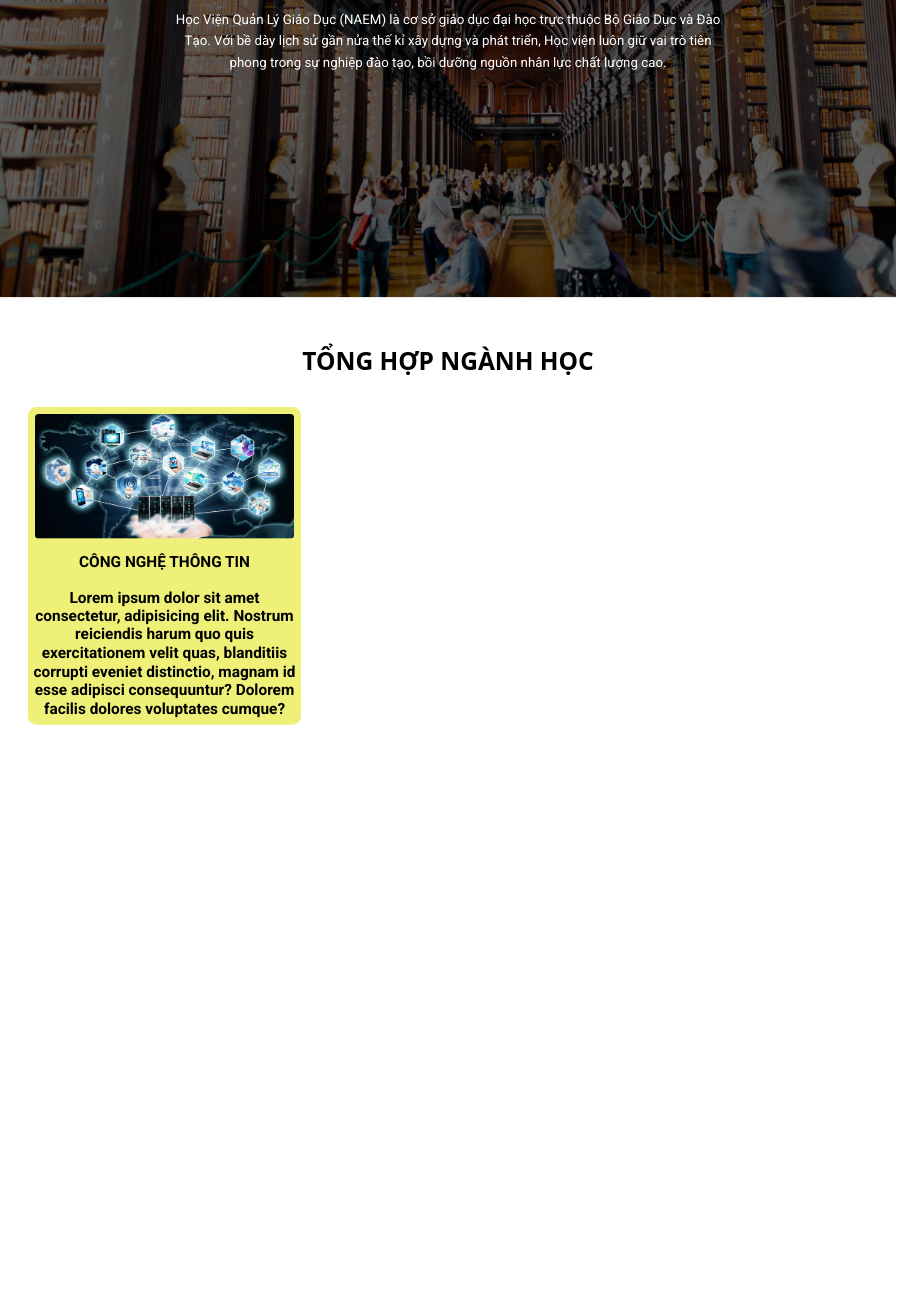
Repository: hongphuck1/trangweb1
Page: index.html
An editor plug-in stored every save of this project. The page is shown before and after a run of saves, followed by the edit.
The browser window is 1280 px wide. The page is 1288 px wide, so the pictures cover 1288 px, including what lies to the right of the window. The pictures show the part of the page from y = 1498 to 3378 px (the page is 4941 px tall), at 70% of full size.

Above is the page before, as saved 2021-09-07 02:01:01.

### index.html
<!DOCTYPE html>
<html lang="en">

<head>
  <meta charset="UTF-8" />
  <meta name="viewport" content="width=device-width, initial-scale=1, shrink-to-fit=no" />
  <meta http-equiv="x-ua-compatible" content="ie=edge" />
  <title>Material Design for Bootstrap</title>
  <!-- MDB icon -->
  <link rel="icon" href="img/SSS1.png" type="image/x-icon" />
  <!-- Font Awesome -->
  <link rel="stylesheet" href="https://use.fontawesome.com/releases/v5.15.2/css/all.css" />
  <!-- Google Fonts Roboto -->
  <link rel="stylesheet" href="https://fonts.googleapis.com/css2?family=Roboto:wght@300;400;500;700;900&display=swap" />
  <!-- MDB -->
  <link rel="stylesheet" href="css/style.css" />
  <link rel="stylesheet" href="css/base.css" />
  <link rel="stylesheet" href="css/grid.css" />
  <link rel="stylesheet" href="css/mdb.min.css" />
</head>

<body>
  <!-- Start your project here-->
  <div class="main">
    <!--Main Navigation-->
    <header>


      <!-- Navbar -->
      <nav class="navbar--opacity navbar navbar-expand-lg navbar-light fixed-top mask-custom shadow-0">
        <div class="container">

          <a class="navbar-brand nav-link" target="_blank" href="https://mdbootstrap.com/docs/standard/">
            <strong style="font-size: 2.2rem;">MRC</strong>
          </a>
          <button class="navbar-toggler navbar-toggler--opacity" type="button" data-mdb-toggle="collapse"
            data-mdb-target="#navbarSupportedContent" aria-controls="navbarSupportedContent" aria-expanded="false"
            aria-label="Toggle navigation">
            <i style="color: #ccc" class="fas fa-bars"></i>
          </button>
          <div class="collapse navbar-collapse" id="navbarSupportedContent">
            <ul class="navbar-nav me-auto mb-2 mb-lg-0">
              <li class="nav-item active">
                <a class="nav-link" aria-current="page" href="#intro">Giới thiệu</a>
              </li>
              <li class="nav-item">
                <a class="nav-link" href="https://www.facebook.com/MRC.NAEM" rel="nofollow" target="_blank">Hỏi đáp</a>
              </li>
              <li class="nav-item">
                <a class="nav-link" href="https://www.facebook.com/MRC.NAEM" target="_blank">Bài viết</a>
              </li>
              <li class="nav-item">
                <a class="nav-link" href="https://www.facebook.com/messages/t/101815085369835" target="_blank">Liên
                  hệ</a>
              </li>
            </ul>
            <ul class="navbar-nav list-inline">
              <!-- Icons -->
              <li class="">
                <a class="nav-link" href="https://www.youtube.com/channel/UCjl0s7v8m8V4IzuAS1fH-iA" rel="nofollow"
                  target="_blank">
                  <i class="fab fa-youtube"></i>
                </a>
              </li>
              <li class="">
                <a class="nav-link" href="https://www.facebook.com/MRC.NAEM" rel="nofollow" target="_blank">
                  <i class="fab fa-facebook-f"></i>
                </a>
              </li>
              <li class="nav-item">
                <a class="nav-link" href="https://www.tiktok.com/@mrcnaem" rel="nofollow" target="_blank">
                  <i class="fab fa-tiktok"></i>
                </a>
              </li>
              <li class="nav-item">
                <a class="nav-link" href="tel: 0349167687" rel="nofollow" target="_blank">
                  <i class="fas fa-envelope"></i>
                </a>
              </li>
            </ul>
          </div>
        </div>
      </nav>

      <!-- Carousel wrapper -->
      <div id="introCarousel" class="carousel slide carousel-fade shadow-2-strong" data-mdb-ride="carousel">
        <!-- Indicators -->
        <ol class="carousel-indicators">
          <li data-mdb-target="#introCarousel" data-mdb-slide-to="0" class="active"></li>
          <li data-mdb-target="#introCarousel" data-mdb-slide-to="1"></li>
          <li data-mdb-target="#introCarousel" data-mdb-slide-to="2"></li>
        </ol>

        <!-- Inner -->
        <div class="carousel-inner">
          <!-- Single item -->
          <div class="carousel-item active">
            <div class="mask" style="background-color: rgba(0, 0, 0, 0.6);">
              <div class="d-flex justify-content-center align-items-center h-100">
                <div class="text-white text-center">
                  <h1 style="font-size: 2.4rem;" class="mb-3">CLB TUYỂN SINH VÀ TRUYỀN THÔNG - MRC NAEM</h1>
                  <h5 style="font-size: 1.2rem;" class="mb-4">Hỗ trợ tư vấn - hướng nghiệp, trả lời những thắc mắc cho
                    học sinh và phụ huynh.</h5>

                  <a style="font-size: 1.8rem; " class="btn-DANGKI btn btn-outline-light btn-lg m-2"
                    href="https://www.facebook.com/MRC.NAEM" target="_blank" role="button">Đăng kí ngay</a>
                </div>
              </div>
            </div>
          </div>

          <!-- Single item -->
          <div class="carousel-item">
            <div class="mask" style="background-color: rgba(0, 0, 0, 0.3);">
              <div class="d-flex justify-content-center align-items-center h-100">
                <div class="text-white text-center">
                  <h1 style="font-size: 2.4rem;" class="mb-3">CLB TUYỂN SINH VÀ TRUYỀN THÔNG - MRC NAEM</h1>
                  <h5 style="font-size: 1.2rem;" class="mb-4">Hỗ trợ tư vấn - hướng nghiệp, trả lời những thắc mắc cho
                    học sinh và phụ huynh.</h5>

                  <a style="font-size: 1.8rem; " class="btn-DANGKI btn btn-outline-light btn-lg m-2"
                    href="https://www.facebook.com/MRC.NAEM" target="_blank" role="button">Đăng kí ngay</a>
                </div>
              </div>
            </div>
          </div>

          <!-- Single item -->
          <div class="carousel-item">
            <div class="mask" style="
                background: linear-gradient(
                  45deg,
                  rgba(29, 236, 197, 0.7),
                  rgba(91, 14, 214, 0.7) 100%
                );
              ">
              <div class="d-flex justify-content-center align-items-center h-100">
                <div class="text-white text-center">
                  <h1 style="font-size: 2.4rem;" class="mb-3">CLB TUYỂN SINH VÀ TRUYỀN THÔNG - MRC NAEM</h1>
                  <h5 style="font-size: 1.2rem;" class="mb-4">Hỗ trợ tư vấn - hướng nghiệp, trả lời những thắc mắc cho
                    học sinh và phụ huynh.</h5>

                  <a style="font-size: 1.8rem; " class="btn-DANGKI btn btn-outline-light btn-lg m-2"
                    href="https://www.facebook.com/MRC.NAEM" target="_blank" role="button">Đăng kí ngay</a>
                </div>
              </div>
            </div>
          </div>
        </div>
        <!-- Inner -->

        <!-- Controls -->
        <a class="carousel-control-prev" href="#introCarousel" role="button" data-mdb-slide="prev">
          <span class="carousel-control-prev-icon" aria-hidden="true"></span>
          <span class="sr-only">Previous</span>
        </a>
        <a class="carousel-control-next" href="#introCarousel" role="button" data-mdb-slide="next">
          <span class="carousel-control-next-icon" aria-hidden="true"></span>
          <span class="sr-only">Next</span>
        </a>
      </div>
      <!-- Carousel wrapper -->
    </header>


    <section>
      <div class="container-body">
        <div class="container-body-name">
          <h1>Thông Tin Tuyển Sinh</h1>
        </div>

        <div class="row">
          <div class="col l-6">
            <div class="container-body-content">
              <h2 class="container-body-content__name">Các Phương Án Xét Tuyển</h2>
              <div class="container-body-content-attention">
                <i class="fas fa-check-double"></i>
                <h4>Dựa vào học bạ (Điểm HK1 & HK2 lớp 11 và điểm HK1 lớp 12)</h4>
              </div>
              <div class="container-body-content-attention">
                <i class="fas fa-check-double"></i>
                <h4>Sử dụng kết quả thi THPT 2021</h4>
              </div>
              <div class="container-body-content-attention">
                <i class="fas fa-check-double"></i>

                <h4>Tuyển thẳng</h4>
              </div>
              <div class="container-body-content-attention">
                <i class="far fa-bell"></i>
                <h4>Cơ hội trúng tuyển cao khi có tới 70% chỉ tiêu qua xét tuyển học bạ</h4>
              </div>
              <div class="container-body-content-attention">
                <i class="far fa-plus-square"></i>
                <h4>Đặc biệt sinh viên được phép học thêm một ngành khác tại Học viện (Luật, Ngôn ngữ Anh, Tâm lý giáo
                  dục, Quản trị văn phòng, Giáo dục học, Quản lý giáo dục và Kinh tế giáo dục)</h4>
              </div>
            </div>
          </div>
          <div class="col l-6">
            <div class="container-body-img">
              <img src="img/klipartz.com_-1024x586.png" alt="">
            </div>
          </div>
        </div>


      </div>

      <div class="container-body-review">
        <div class="grid wide">
          <div class="row">
            <div class="col l-12">
              <img src="img/1-1.png" alt="">
              <div class="container-body-review__name">
                Học Viện Quản Lý Giáo Dục
              </div>
              <div class="container-body-review__title">
                Học Viện Quản Lý Giáo Dục (NAEM) là cơ sở giáo dục đại học trực thuộc Bộ Giáo Dục và Đào Tạo. Với bề dày
                lịch sử gần nửa thế kỉ xây dựng và phát triển, Học viện luôn giữ vai trò tiên phong trong sự nghiệp đào
                tạo, bồi dưỡng nguồn nhân lực chất lượng cao.
              </div>
            </div>
          </div>
        </div>
      </div>

      <div class="container-body-subjects">
        <h1>TỔNG HỢP NGÀNH HỌC</h1>

        <div class="grid wide">
          <div class="row">
            <div class="col l-4">
              <div class="container-body-subject">
                <img src="img/congnghethongtin.png" alt="">
                <h2>CÔNG NGHỆ THÔNG TIN</h2>
                <h4>Lorem ipsum dolor sit amet consectetur, adipisicing elit. Nostrum reiciendis harum quo quis
                  exercitationem velit quas, blanditiis corrupti eveniet distinctio, magnam id esse adipisci
                  consequuntur? Dolorem facilis dolores voluptates cumque?</h4>
              </div>
            </div>
            <div class="col l-4"></div>
            <div class="col l-4"></div>
          </div>
        </div>

    </section>

  </div>
  <!--Main Navigation-->
  <!-- End your project here-->

  <!-- MDB -->
  <script type="text/javascript" src="js/mdb.min.js"></script>
  <!-- Custom scripts -->
  <script type="text/javascript"></script>
</body>

</html>

### css/style.css

.main {

    height: 1000px;
}

/* Carousel styling */
#introCarousel,
.carousel-inner,
.carousel-item,
.carousel-item.active {
  height: 100vh;
}

.carousel-item:nth-child(1) {
  background-image: url('https://mdbootstrap.com/img/Photos/Others/images/76.jpg');
  background-repeat: no-repeat;
  background-size: cover;
  background-position: center center;
}

.carousel-item:nth-child(2) {
  background-image: url('https://mdbootstrap.com/img/Photos/Others/images/77.jpg');
  background-repeat: no-repeat;
  background-size: cover;
  background-position: center center;
}

.carousel-item:nth-child(3) {
  background-image: url('https://mdbootstrap.com/img/Photos/Others/images/78.jpg');
  background-repeat: no-repeat;
  background-size: cover;
  background-position: center center;
}

/* Height for devices larger than 576px */
@media (min-width: 992px) {
  #introCarousel {
    margin-top: -58.59px;
  }
}

.navbar .nav-link {
  color: #fff !important;
}



/* trèn đè css boottraps */

.nav-link {
  /* padding: 1.2rem 1rem !important; */
  font-size: 1.6rem;
  padding-right: 20px !important;
}

.nav-link:hover {
  /* padding: 1.2rem 1rem !important; */
  color: yellow !important;
  transition: color 0.5s ;
}


.btn-DANGKI:hover {
  color: yellow !important;
  border: 1px solid yellow !important;
  transition: 0.5s ;
}

.navbar-dark .navbar-toggler, .navbar-light .navbar-toggler {
  display: block;
}

.navbar--opacity {
  background-color: rgba(1,1,1,0.2);
}


@media only screen and (max-width: 600px) {
 .text-center h1 {
    font-size: 2.7rem !important;
    padding: 20px 0;
  }
  .carousel-control-next, .carousel-control-prev{
    display: none !important;
  }
  .text-center h5{
    padding: 0 20px;
    line-height: 1.9rem !important;
    font-size: 1.4rem !important;
  }
}


@import url('https://fonts.googleapis.com/css2?family=Poppins:wght@300;400;600;700&display=swap');
  :root {
    --primary: #08aeea;
    --secondary: #13D2B8;
    --purple: #bd93f9;
    --pink: #ff6bcb;
    --blue: #8be9fd;
    --gray: #333;
    --font: "Poppins", sans-serif;
    --gradient: linear-gradient(40deg, #ff6ec4, #7873f5);
    --shadow: 0 0 15px 0 rgba(0,0,0,0.05);
  }
  *,
  *:before,
  *:after {
    box-sizing: border-box;
  }
  html {
    font-size: 62.5%;
  }

  body {
    font-family: var(--font);
    font-size: 1.4rem;
    overflow-x: hidden;
    font-weight: 300;
  }

  img {
    display: block;
    max-width: 100%;
  }

  a {
    text-decoration: none;
  }

  input,
  button,
  textarea,
  select {
    font-family: var(--font);
    font-size: 1.4rem;
    font-weight: 300;
    outline: none;
    border: 0;
    margin: 0;
    padding: 0;
    border-radius: 0;
    -webkit-appearance: none;
  }

  button {
    cursor: pointer;
  }

          .simple-card {
            background-color: white;
            border-radius: 2rem;
            padding: 1.5rem;
            box-shadow: var(--shadow);
          }
          .simple-card-image {
            position: relative;
            height: 0;
            padding-bottom: 56.25%;
          }
          .simple-card-image > img {
            position: absolute;
            top: 0;
            left: 0;
            width: 100%;
            height: 100%;
            object-fit: cover;
            border-radius: 1rem;
          }
          .simple-card-content {
            padding: 3rem 1rem;
          }
          .simple-card-title {
            font-weight: 500;
            font-size: 2rem;
            line-height: 1.6;
            margin-bottom: 1.5rem;
            color: #2b2b2b;
          }
          .simple-card-desc {
            color: #c7cbdc;
            font-weight: 300;
            line-height: 1.6;
            font-size: 1.4rem;
            margin-bottom: 3rem;
          }
          .simple-card-line {
            width: 30%;
            height: 2px;
            margin-left: auto;
            background-color: var(--primary);
          }

          .container-body{
            padding-top: 40px;
            padding-bottom: 70px;
          }
          .container-body-name{
            text-align: center;
            padding: 40px 0 ;
          }
          .container-body-name h1{
            color: #000000;
            font-family: "Open Sans", Sans-serif;
            font-size: 35px;
            font-weight: 700;
            text-transform: capitalize;
          }

          .container-body-content{
           padding-left: 100px;
          }
          .container-body-content__name{
           font-size: 2.8rem;
           color: #000000;
           padding-bottom: 10px;
          }
          .container-body-content-attention{
          display: flex;
          align-items: center;
          padding: 4px 0;
          }
          .container-body-content-attention i{
            transform: translateY(-15%);
            padding-right: 10px;
            font-size: 1.8rem;
            color: var(--primary);
          }
          .container-body-content-attention h4{
            font-size: 1.8rem;
          }

          .container-body-img{
          padding: 0 50px ;
          }

.container-body-review {
  background-image: url(../img/Thiết\ kế\ không\ tên.png);
  background-repeat: no-repeat;
  background-size: cover;
  height: 100vh;
}

.container-body-review img {
  width: 150px;
  margin: auto;
  padding-top: 90px;
}


.container-body-review__name, .container-body-review__title {
  text-align: center;
  color: white;
padding-top: 20px;
}

.container-body-review__name {
  font-size: 3.8rem;
  padding: 4px 0;
  font-weight: 600;
}

.container-body-review__title {
  font-size: 1.9rem;
  padding: 0 200px;
}



/* TỔNG HỢP NGÀNH HỌC */

.container-body-subjects{
  padding: 70px 0;
}

.container-body-subjects h1 {
  text-align: center;
  padding-bottom: 40px;
  color: rgb(0, 0, 0);
    font-family: "Open Sans", sans-serif;
    font-size: 35px;
    font-weight: 700;
    text-transform: capitalize;
}

.container-body-subject {
  background-color: #eff078;
  text-align: center;
  border-radius: 12px;
  color: #000000;
}

.container-body-subject img {
  width: 100%;
  padding: 10px;
  border-radius: 15px;

}

.container-body-subject h2{
  padding: 10px 0;
  font-weight: 600;
  font-size: 2.2rem;
}

.container-body-subject h4{
  padding: 10px 0;
  font-weight: 600;
  font-size: 2.2rem;
}

### css/base.css
:root {
    --white-color: #fff;
    --black-color: #000;
    --text-color: rgb(110, 109, 109);
    --primary-color: #6EC1E4;
    --primary-color-sub: #fd3f00;
    --border-color: #dbdbdb;

    --header: 109px;
    --header-top: 36px;
    --navbar-height: 27px;
    --header-with-search-height: calc(var(--header-height) - var(--navbar-height));
    --header-sort-bar-height: 46px;
}


* {
    margin: 0;
    padding: 0;
    box-sizing: border-box;

}
.no-copy__text {
    user-select: none;
}
html {
    font-size: 62.5%;
    line-height: 1.6rem;
    font-family: 'Roboto', sans-serif;

    /* user-select: none;   không cho copy text */
}

body {
    height: 5000px;
}
@media only screen and  (max-width: 1000px) and (min-width: 700px) {
    html {
    }
}

Loaded but not shown: css/mdb.min.css (library); js/mdb.min.js (library); css/grid.css (590 lines, source omitted)

After the next 3 saves:
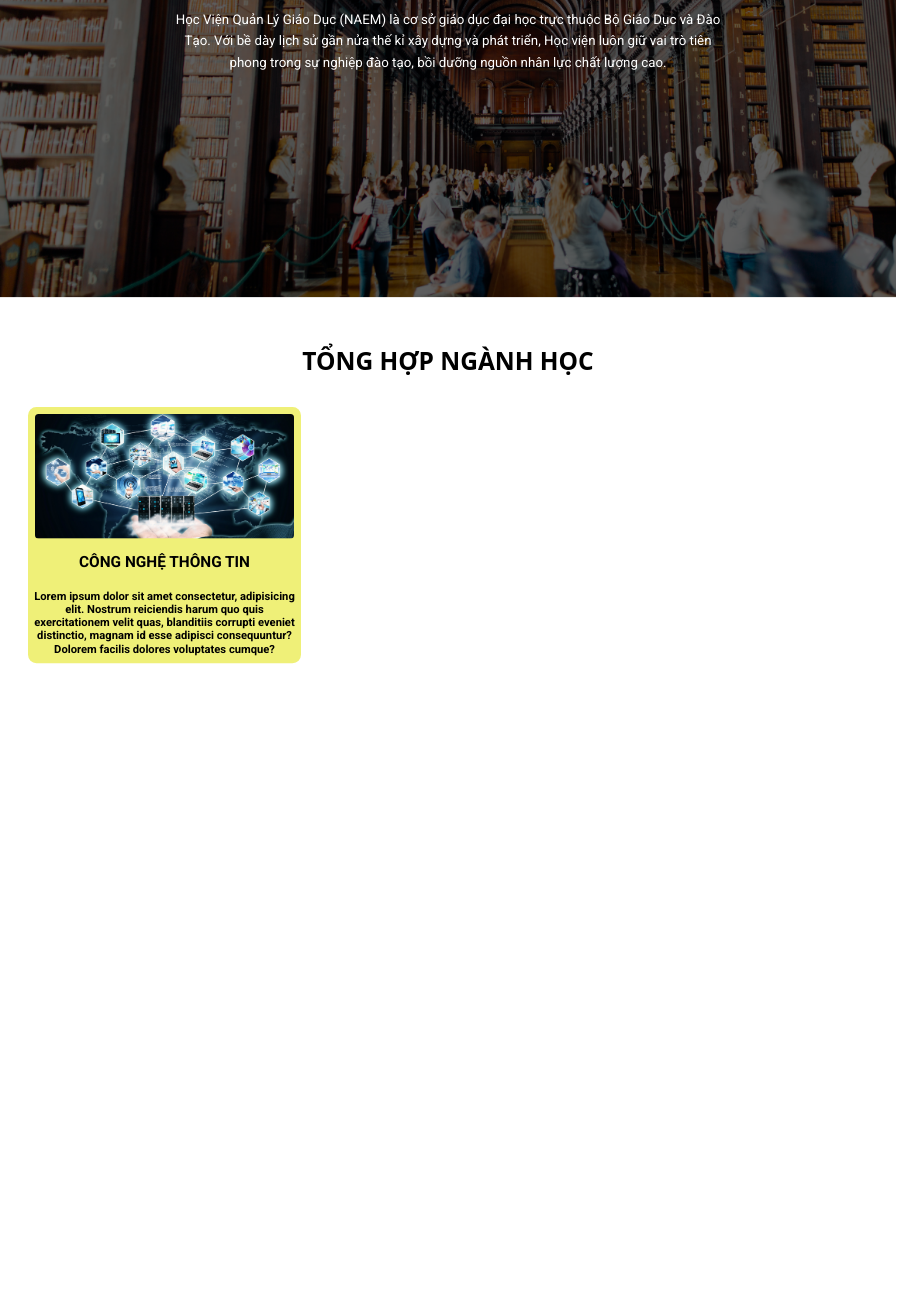
The 3 saves are shown as one change because they came seconds apart.
The last was saved 8 s later.
--- a/css/style.css
+++ b/css/style.css
@@ -307,5 +307,5 @@
 .container-body-subject h4{
   padding: 10px 0;
   font-weight: 600;
-  font-size: 2.2rem;
-}
+  font-size: 1.6rem;
+}
